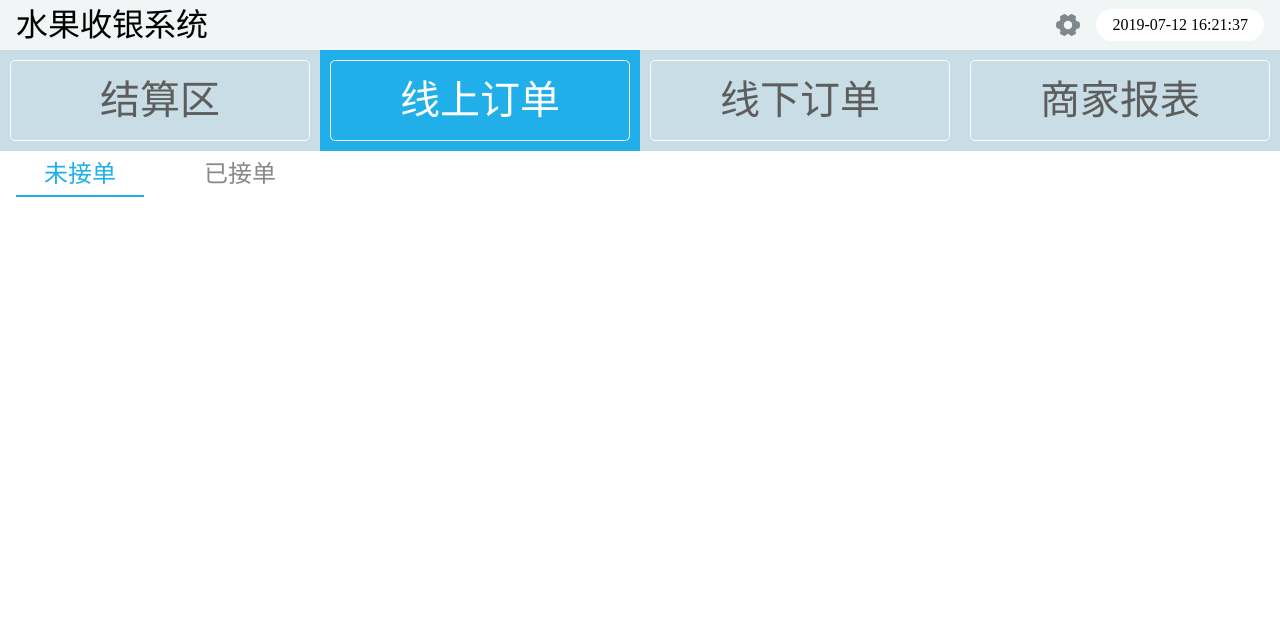
Repository: missing-star/fruit
Page: index.html
These files come from the project's save history. The page is drawn as it stood at one moment and after the next save; the edit follows.
The browser window is 1280 px wide. The pictures show the whole page.

Above is the page before, as saved 2019-07-12 16:22:23.

### index.html
<!DOCTYPE html>
<html lang="en">

<head>
    <meta charset="UTF-8">
    <meta name="viewport" content="width=device-width, initial-scale=1.0">
    <meta http-equiv="X-UA-Compatible" content="ie=edge">
    <title>水果收银系统</title>
    <link rel="stylesheet" href="./css/index.css">
</head>

<body>
    <div id="app">
        <header class="title-bar">
            <p class="title">水果收银系统</p>
            <div class="right-part-show">
                <img src="./images/setting.png" alt="设置" class="setting-icon">
                <p class="show-current-time">{{currentTime}}</p>
            </div>
        </header>
        <ul class="category-tab">
            <li class="category-item" :class="{active:currentIndex == 0}" @click="switchTab(0)">
                <p class="category-title">结算区</p>
            </li>
            <li class="category-item" :class="{active:currentIndex == 1}" @click="switchTab(1)">
                <p class="category-title">线上订单</p>
            </li>
            <li class="category-item" :class="{active:currentIndex == 2}" @click="switchTab(2)">
                <p class="category-title">线下订单</p>
            </li>
            <li class="category-item" :class="{active:currentIndex == 3}" @click="switchTab(3)">
                <p class="category-title">商家报表</p>
            </li>
        </ul>
        <!-- 结算区 -->
        <div v-show="currentIndex == 0" class="main-content">
            <div class="operation-wrapper">
                <ul class="goods-list-wrapper">
                    <li v-for="n in 10" class="goods-item">
                        <div class="goods-pic-wrapper">
                            <span class="delete-icon pointer"></span>
                            <img src="./images/goods.png" class="goods-pic">
                        </div>
                        <div class="goods-detail">
                            <p class="goods-title">苹果</p>
                            <p class="goods-spec">规格：12元/250g</p>
                            <p class="goods-money">
                                <span class="goods-weight">重量357g</span>
                                <span class="goods-price">
                                    <i class="money-icon black">￥</i>
                                    <i class="money-number black">18</i>
                                </span>
                            </p>
                        </div>
                    </li>
                </ul>
                <div class="calculator-scope">
                    <div class="show-total-money">
                        <p class="total-title">共4件商品</p>
                        <p class="total-money">
                            <span class="money-title">合计</span>
                            <span class="show-money">
                                <i class="money-icon blue">￥</i>
                                <i class="money-number blue">54.00</i>
                            </span>
                        </p>
                    </div>
                    <div class="operation-group">
                        <div class="left-part">
                            <button class="order-list pointer">挂单列表</button>
                            <button class="go-order pointer">挂单</button>
                        </div>
                        <button class="right-part pointer">
                            结算
                        </button>
                    </div>
                </div>
            </div>
            <div class="goods-choice-wrapper">
                <ul class="goods-category-wrapper">
                    <li @click="switchSubTab(n-1)" :class="{active:subCurrentIndex == n-1}" v-for="n in 20"
                        class="goods-category-item pointer">
                        分类
                    </li>
                </ul>
                <ul class="goods-choice-list">
                    <li v-for="n in 20" class="goods-choice-item">
                        <img src="./images/goods.png" class="goods-show-pic">
                        <p class="goods-desc">
                            <span class="goods-name">小泰芒</span>
                            <span class="price-weight">23元 / 250g</span>
                        </p>
                    </li>
                </ul>
            </div>
        </div>
        <div v-show="currentIndex == 1" class="main-content">
            <div class="operation-wrapper">
                <ul class="tab-wrapper">
                    <li @click="switchOnlineTab(0)" :class="{active:onlineCurrentIndex == 0}" class="tab-item pointer">
                        未接单</li>
                    <li @click="switchOnlineTab(1)" :class="{active:onlineCurrentIndex == 1}" class="tab-item pointer">
                        已接单</li>
                </ul>
                <div class="order-list-wrapper">
                    <ul v-show="onlineCurrentIndex == 0" class="accept-wrapper">

                    </ul>
                    <ul v-show="onlineCurrentIndex == 1" class="accept-wrapper">

                    </ul>
                </div>
            </div>
            <div class="goods-choice-wrapper">

            </div>
        </div>
        <div v-show="currentIndex == 2" class="main-content">

        </div>
        <div v-show="currentIndex == 3" class="main-content">

        </div>
    </div>
    <script src="https://cdn.bootcss.com/vue/2.6.10/vue.js"></script>
    <script src="./js/index.js"></script>
</body>

</html>

### css/index.css
html,body,div#app{
    height: 100%;
    background: #FFFFFF;
    min-width: 1200px;
}
body{
    font-size: calc(100vw / 19.2);
}
*{
    padding: 0;
    margin: 0;
    list-style: none;
    box-sizing: border-box;
    line-height: 100%;
    color: #000000;
    font-style: normal;
}
header.title-bar {
    background: #F2F5F6;
    padding: 1rem;
    height: 7%;
    display: flex;
    align-items: center;
    justify-content: space-between;
}
p.title {
    font-size: 2rem;
}
.right-part-show {
    display: flex;
    align-items: center;
    justify-content: space-around;
}
img.setting-icon {
    width: 1.5rem;
    margin-right: 1rem;
    cursor: pointer;
}
p.show-current-time {
    font-size: 1rem;
    background: #FFFFFF;
    padding: 0.5rem 1rem;
    border-radius: 10rem;
}
ul.category-tab {
    width: 100%;
    height: 14%;
    display: flex;
    align-items: center;
    justify-content: space-around;
    background: #C8DDE5;
}
li.category-item{
    width: 100%;
    height: 100%;
    display: flex;
    align-items: center;
    justify-content: center;
    padding: 10px;
    cursor: pointer;
}
li.category-item p.category-title {
    color: #5D5D5D;
    border: 1px solid #FFFFFF;
    border-radius: 5px;
    width: 100%;
    height: 100%;
    display: flex;
    align-items: center;
    justify-content: center;
    white-space: nowrap;
    font-size: 2.5rem;
}
li.category-item.active{
    background: #21AFE9;
}
li.category-item.active p.category-title{
    color: #FFFFFF;
}
.pointer{
    cursor: pointer;
}
.main-content {
    height: 79%;
    display: flex;
}
.operation-wrapper {
    width: 25%;
    height: 100%;
}
li.goods-item {
    height: 13vh;
    box-shadow: 0px 0px 4px 0px rgba(0,0,0,0.2);
    border-radius: 10px;
    margin: 1rem 0;
    display:flex;
}
.goods-pic-wrapper {
    position: relative;
    height: 100%;
    width: 30%;
    padding: 1rem;
}
img.goods-pic {
    width: 100%;
    height: auto;
}
ul.goods-list-wrapper {
    height: 75%;
    overflow: auto;
    padding: 0.5rem;
}
.calculator-scope {
    height: 25%;
}
span.delete-icon {
    width: 1.5rem;
    height: 1.5rem;
    background: url(../images/delete.png) no-repeat;
    background-size: 100% 100%;
    display: block;
    position: absolute;
    left: 0.5rem;
    top: 0.5rem;
}
.goods-detail {
    width: 70%;
    height: 100%;
}
p.goods-title {
    color: #000000;
    font-size: 2rem;
}
p.goods-spec {
    color: #6B6B6B;
    font-size: 1.2rem;
}
p.goods-money {
    display: flex;
    align-items: center;
    justify-content: space-between;
}
span.goods-weight {
    color: #FE7204;
    font-size: 1.5rem;
}
span.goods-price {
    font-size: 1.5rem;
}
.goods-detail {
    width: 70%;
    height: 100%;
    display: flex;
    flex-direction: column;
    justify-content: space-between;
    padding: 1rem;
}
i.money-number {
    font-size: 1.8rem;
}
i.money-icon {
    font-size: 1rem;
}
i.money-number.blue,i.money-icon.blue{
    color: #21AFE9;
}

.calculator-scope {
    border-top: 2px solid rgba(242,245,246,1);
    padding: 1rem;
}
div.show-total-money {
    background: rgba(242,245,246,1);
    display: flex;
    align-items: center;
    justify-content: space-between;
    font-size: 1.2rem;
    height: 30%;
    padding: 1rem;
    border-radius: 0.5rem;
    box-shadow:0px 1px 4px 0px rgba(0,0,0,0.2);
}
.operation-group {
    display: flex;
    align-items: center;
    justify-content: space-between;
    height: 70%;
    padding-top: 1rem;
}
p.total-title {
    color: #5D5D5D;
}
span.money-title {
    color: #333333;
}
button.order-list.pointer {
    background: #FFC639;
    outline: 0;
    border: none;
    color: #FFFFFF;
    width: 100%;
    height: 40%;
}
.left-part {
    width: 55%;
    height: 100%;
    display: flex;
    flex-direction: column;
    align-items: flex-start;
    justify-content: space-between;
}
button.order-list.pointer,button.go-order.pointer {
    border-radius: 0.5rem;
    background: #FFC639;
    outline: 0;
    border: none;
    color: #FFFFFF;
    width: 85%;
    height: 44%;
    font-size: 1.5rem;
}
button.go-order.pointer {
    background: #FF7A05;
}
.right-part {
    background: #21AFE9;
    border-radius: 0.5rem;
    color: #FFFFFF;
    font-size: 2rem;
    width: 45%;
    height: 100%;
    display: flex;
    align-items: center;
    justify-content: center;
    outline: 0;
    border:none;
}
ul.goods-category-wrapper {
    height: 100%;
    overflow: auto;
}
.goods-choice-wrapper {
    width: 75%;
    display: flex;
}
ul.goods-category-wrapper {
    width: 15%;
    height: 100%;
    overflow: auto;
}
li.goods-category-item {
    font-size: 1.5rem;
    display: flex;
    align-items: center;
    justify-content: center;
    height: 4rem;
    background: #EAEFF1;
    color: #5D5D5D;
    border-bottom: 2px solid #FFFFFF;
}
li.goods-category-item.active{
    background: #21AFE9;
    color: #FFFFFF;
}
ul.goods-choice-list {
    height: 100%;
    overflow: auto;
    width: 85%;
    background: #F2F5F6;
    display: flex;
    flex-wrap: wrap;
}
img.goods-show-pic {
    width: 100%;
}
li.goods-choice-item {
    width: 25%;
    margin: 2% calc(25% / 6);
    background: #FFFFFF;
    border-radius: 1rem;
    padding: 1rem;
}
p.goods-desc {
    display: flex;
    flex-direction: column;
    padding: 0 1rem;
}
span.goods-name {
    color: #333333;
    font-size: 2rem;
    margin-bottom: 1rem;
}
span.price-weight {
    color: #888888;
    font-size: 1.3rem;
}
ul::-webkit-scrollbar {
    height: 0;
    width: 4px;
}
ul::-webkit-scrollbar {
    width: 5px; /*对垂直流动条有效*/
    height: 0px; /*对水平流动条有效*/
}

/*定义滚动条的轨道颜色、内阴影及圆角*/
ul::-webkit-scrollbar-track{
    background-color: #FFFFFF;
    border-radius: 3px;
}


/*定义滑块颜色、内阴影及圆角*/
ul::-webkit-scrollbar-thumb{
    border-radius: 7px;
    background-color: #aaa;
}
ul.tab-wrapper{
    width: 100%;
    height: 8%;
    font-size: 1.5rem;
    display: flex;
    align-items: center;
    justify-content: space-around;
}
li.tab-item{
    color: #888888;
    position: relative;
    width: 50%;
    text-align:center;
    height: 100%;
    display: flex;
    align-items: center;
    justify-content: center;
}
li.tab-item.active{
    color: #21AFE9;
}
li.tab-item.active:after{
    content: '';
    width: 80%;
    height: 2px;
    background: #21AFE9;
    position: absolute;
    bottom: 0;
    left: 10%;
}
.order-list-wrapper {
    height: 92%;
}

### js/index.js
new Vue({
    el: '#app',
    data: {
        currentTime: '0000-00-00 00:00:00',
        currentIndex:1,
        subCurrentIndex:0,
        onlineCurrentIndex:0
    },
    methods: {
        getCurrentTime: function () {
            var date = new Date();
            var year = date.getFullYear();
            var month = (date.getMonth() + 1) < 10 ? '0' + (date.getMonth() + 1) : (date.getMonth() + 1);
            var day = date.getDate() < 10 ? '0' + date.getDate() : date.getDate();
            var hour = date.getHours() < 10 ? '0' + date.getHours() : date.getHours();
            var minute = date.getMinutes() < 10 ? '0' + date.getMinutes() : date.getMinutes();
            var second = date.getSeconds() < 10 ? '0' + date.getSeconds() : date.getSeconds();
            this.currentTime = year + '-' + month + '-' + day + ' ' + hour + ':' + minute + ':' + second;
        },
        switchTab:function(index) {
            if(this.currentIndex != index) {
                this.currentIndex = index;
            }
        },
        switchSubTab:function(index) {
            if(this.subCurrentIndex != index) {
                this.subCurrentIndex = index;
            }
        },
        switchOnlineTab:function(index) {
            if(this.onlineCurrentIndex != index) {
                this.onlineCurrentIndex = index;
            }
        }
    },
    created: function () {
        var vm = this;
        vm.getCurrentTime();
        setInterval(function(){
            vm.getCurrentTime();
        }, 1000);
    }
});

After the next save:
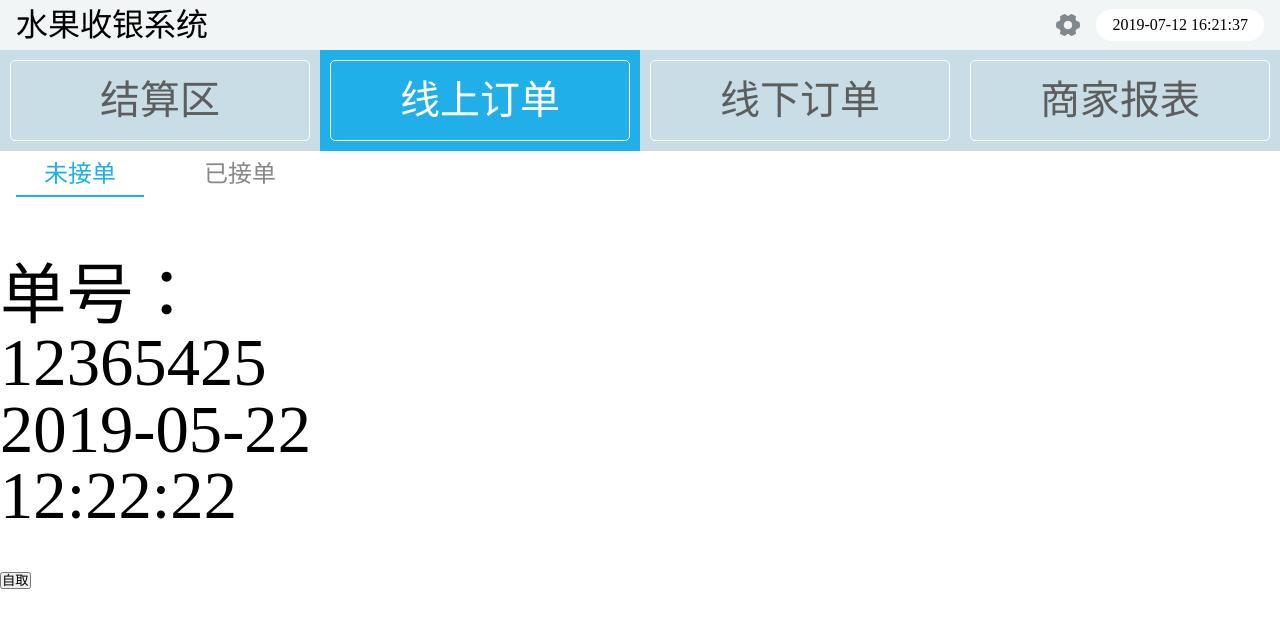
Saved 112 s later.
--- a/index.html
+++ b/index.html
@@ -104,7 +104,14 @@
                 </ul>
                 <div class="order-list-wrapper">
                     <ul v-show="onlineCurrentIndex == 0" class="accept-wrapper">
-
+                        <li class="order-item">
+                            <img src="" alt="" class="goods-pic">
+                            <div class="order-detail">
+                                <p class="order-number">单号：12365425</p>
+                                <p class="order-date">2019-05-22 12:22:22</p>
+                            </div>
+                            <button class="post-way self">自取</button>
+                        </li>
                     </ul>
                     <ul v-show="onlineCurrentIndex == 1" class="accept-wrapper">
 
